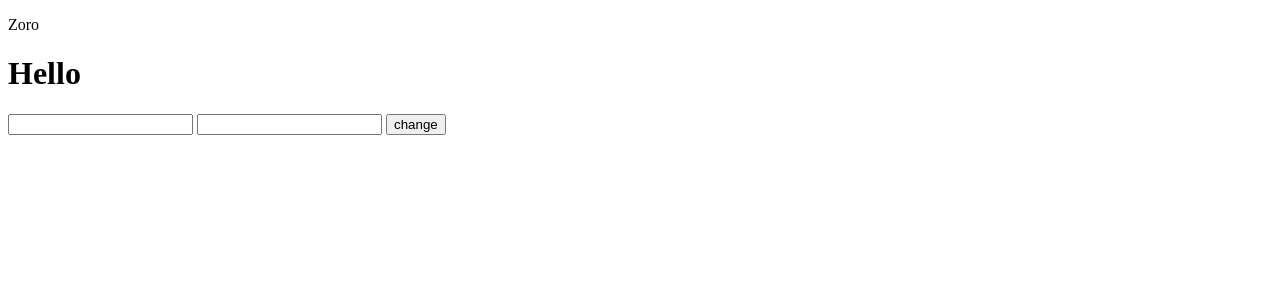
Repository: Haakim19/JavaScript
Page: index.html
These files come from the project's save history. The page is drawn as it stood at one moment and after the next save; the edit follows.
The browser window is 1280 px wide. The pictures show the whole page.

Above is the page before, as saved 2024-10-13 10:42:18.

### index.html
<!DOCTYPE html>
<html lang="en">
<head>
    <meta charset="UTF-8">
    <meta name="viewport" content="width=device-width, initial-scale=1.0">
    <title>DomManipulation</title>
</head>
<body>
    <p id="one">hello</p>
    <h1 id = "title">Dom Manipulation</h1>
    <input type="number"id = "num1">
    <input type="number" id = "num2">
    <button onclick="change()">change</button>
    <script>
        //Select the P tag with the id.
        // print content inside the p tag using innerHTML
        paragraph = document.getElementById('one')
        paragraph.textContent = 'Zoro'
        console.log(paragraph.textContent);
        //Select the h1 tag with the id.
        // print content inside the h1 tag
        heading = document.getElementById('title')
        heading.textContent = 'Hello'
        console.log(heading.textContent);

        //ivent handling
        function change(num1,num2){
            num1 = document.getElementById('num1')
            num2 = document.getElementById('num2')
            num1 + num2
        }

    </script>
</body>
</html>

After the next save:
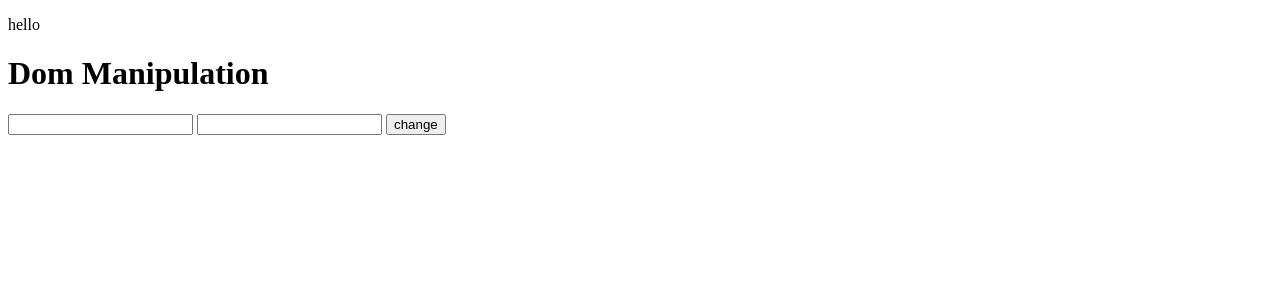
Saved 2 min 48 s later.
--- a/index.html
+++ b/index.html
@@ -12,18 +12,20 @@
     <input type="number" id = "num2">
     <button onclick="change()">change</button>
     <script>
-        //Select the P tag with the id.
+        // Select the P tag with the id.
         // print content inside the p tag using innerHTML
-        paragraph = document.getElementById('one')
-        paragraph.textContent = 'Zoro'
-        console.log(paragraph.textContent);
-        //Select the h1 tag with the id.
+        // paragraph = document.getElementById('one')
+        // paragraph.textContent = 'Zoro'
+        // console.log(paragraph.textContent);
+
+
+        // Select the h1 tag with the id.
         // print content inside the h1 tag
-        heading = document.getElementById('title')
-        heading.textContent = 'Hello'
-        console.log(heading.textContent);
+        // heading = document.getElementById('title')
+        // heading.textContent = 'Hello'
+        // console.log(heading.textContent);
 
-        //ivent handling
+        // ivent handling
         function change(num1,num2){
             num1 = document.getElementById('num1')
             num2 = document.getElementById('num2')
